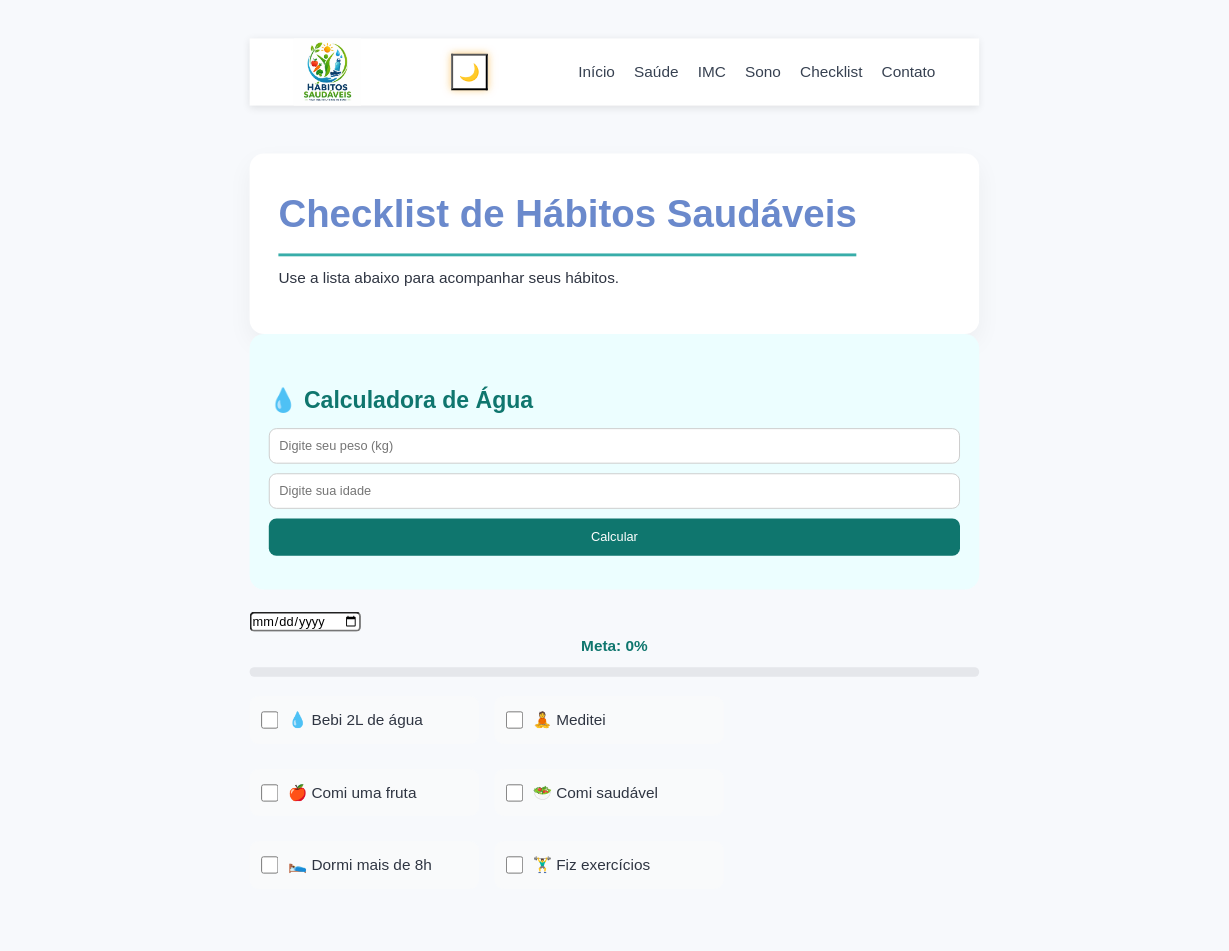
Repository: habitos2026/projetointegrador2026
Page: checklist.html
The author's editor kept a copy of each file at every save. The page is drawn from the files as they stood at one save, then again after the next save.
The browser window is 1280 px wide. The pictures show the whole page, at 96% of full size.

Above is the page before, as saved 2026-06-10 19:58:25.

### checklist.html
<!DOCTYPE html>
<html lang="pt-br">
<head>
<meta charset="UTF-8">
<meta name="viewport" content="width=device-width, initial-scale=1.0">
<title>Checklist</title>

<link rel="stylesheet" href="estilos.css">

<style>
/* SÓ O CHECKLIST (não mexe no resto do site) */

        :root {
            --cor-mente: #6a89cc;    /* Azul sereno */
            --cor-fisico: #38ada9;   /* Verde energia */
            --cor-agua: #4a69bd;     /* Azul hidratação */
            --cor-fundo: #f7f9fc;
        }

        /* Animação de Entrada */
        @keyframes fadeInUp {
            from {
                opacity: 0;
                transform: translateY(20px);
            }
            to {
                opacity: 1;
                transform: translateY(0);
            }
        }

        body {
            font-family: 'Segoe UI', Roboto, sans-serif;
            line-height: 1.6;
            background-color: var(--cor-fundo);
            color: #2f3542;
            max-width: 800px;
            margin: 0 auto;
            padding: 40px 20px;
        }

        header {
            text-align: center;
            margin-bottom: 50px;
            animation: fadeInUp 0.8s ease-out;
        }

        h1 {
            color: var(--cor-mente);
            font-size: 2.5rem;
            border-bottom: 3px solid var(--cor-fisico);
            display: inline-block;
            padding-bottom: 10px;
        }

        section {
            background: white;
            padding: 30px;
            border-radius: 15px;
            box-shadow: 0 10px 25px rgba(0,0,0,0.05);
            animation: fadeInUp 1s ease-out;
        }

        h2 {
            color: var(--cor-fisico);
            margin-top: 30px;
            display: flex;
            align-items: center;
            gap: 10px;
    }

.check-container {
    max-width: 500px;
    margin: 40px auto;
    background: white;
    padding: 25px;
    border-radius: 15px;
    box-shadow: 0 10px 25px rgba(0,0,0,0.1);
}

/* TÍTULO */
.check-container h1 {
    text-align: center;
    color: #0f766e;
}

/* DATA */
.check-container input[type="date"] {
    display: block;
    margin: 10px auto 20px;
    padding: 8px;
}

/* PROGRESSO */
.progresso {
    text-align: center;
    margin-bottom: 10px;
    font-weight: bold;
    color: #0f766e;
}

/* BARRA */
.barra {
    width: 100%;
    height: 10px;
    background: #e5e7eb;
    border-radius: 10px;
    overflow: hidden;
    margin-bottom: 20px;
}

.barra span {
    display: block;
    height: 100%;
    width: 0%;
    background: #0f766e;
    transition: 0.3s;
}

/* ITENS */
.habit-item {
    display: flex;
    align-items: center;
    gap: 10px;
    background: #f9fafb;
    padding: 12px;
    border-radius: 10px;
    margin-bottom: 10px;
}

.habit-item input {
    width: 18px;
    height: 18px;
}

/* TEXTO */
.habit-item span {
    font-weight: 500;
}

/* MARCADO */
.habit-item input:checked + span {
    text-decoration: line-through;
    color: #9ca3af;
}

/* MENSAGEM */
.msg {
    text-align: center;
    margin-top: 10px;
    color: green;
    font-weight: bold;
}

.data{
    border-radius: 5px;
}

.data::-webkit-calendar-picker-indicator{
    cursor: pointer;
}

.data:hover{
    cursor: pointer;
    background: #00b894;
    box-shadow: 0 10px 8px rgba(0, 0, 0, 0.2);
    transform: scale(104%);
    transition:
    background 0.5s,
    box-shadow 0.5s,
    transform 0.5s;
}

</style>

</head>

<body>

<div id="menu"></div>

<section class="intro">

    <h1>Checklist de Hábitos Saudáveis</h1>

    <p>
        Use a lista abaixo para acompanhar seus hábitos.
    </p>

</section>

<!-- CALCULADORA DE ÁGUA -->
<div class="agua-box">

    <h2>💧 Calculadora de Água</h2>

    <input type="number" id="peso" placeholder="Digite seu peso (kg)">
    <input type="number" id="idade" placeholder="Digite sua idade">

    <button onclick="calcularAgua()">Calcular</button>

    <p id="resultadoAgua"></p>

</div>

<!-- DATA -->
<input type="date" class="data" id="data">

<!-- PROGRESSO -->
<div class="progresso">
    Meta: <span id="pct">0%</span>
</div>

<div class="barra">
    <span id="bar"></span>
</div>

<!-- CHECKLIST -->

<div class="listas">
<label class="habit-item">
    <input type="checkbox" onchange="calc()">
    <span>💧 Bebi 2L de água</span>
</label>

<label class="habit-item">
    <input type="checkbox" onchange="calc()">
    <span>🧘 Meditei</span>
</label>

<label class="habit-item">
    <input type="checkbox" onchange="calc()">
    <span>🍎 Comi uma fruta</span>
</label>

<label class="habit-item">
    <input type="checkbox" onchange="calc()">
    <span>🥗 Comi saudável</span>
</label>

<label class="habit-item">
    <input type="checkbox" onchange="calc()">
    <span>🛌 Dormi mais de 8h</span>
</label>

<label class="habit-item">
    <input type="checkbox" onchange="calc()">
    <span>🏋️‍♂️ Fiz exercícios</span>
</label>
</div>

<p id="msg" class="msg"></p>
<div id="imgGif"></div>

<script src="trabalho.js"></script>

</body>
</html>

### estilos.css
:root{
    --cinza245: rgb(245,245,245);
    --cinza220: rgb(220,220,220);
    --cinza128: rgb(128,128,128);
    --azul: rgb(0,80,120);
    --amarelo: yellow;
}

/* RESET */
*{
    margin:0;
    padding:0;
    box-sizing:border-box;
    font-family:Arial, sans-serif;
}

body{
    background:#f5f7fb;
    color:#1f2937;
}

/* HEADER */
header{
    background:white;
    height:70px;

    display:flex;
    align-items:center;
    justify-content:space-between;

    padding:0 6%;

    box-shadow:0 2px 8px rgba(0,0,0,0.1);
}

/* LOGO */
.logo{
    height:100%;
    width:auto;
}

/* MENU */
.menu{
    display:flex;
    align-items:center;
    gap:20px;
}

.menu a{
    text-decoration:none;
    color:#374151;
    transition: 0.5s;

}

.menu a:hover{
    color:#0f766e;
    text-shadow: 0 0 6px #01b3a4;
}

/* TOPO MENU MOBILE */
.topoMenu{
    display:none;
}

/* BOTÃO MENU */
.botaoMenu{
    border:none;
    background:transparent;

    display:none;
    flex-direction:column;

    gap:6px;

    cursor:pointer;
    transition:0.5s;
}

.botaoMenu div{
    width:28px;
    height:3px;

    background:black;
    transition:0.5s;
}

/* MAIN */
main{
    max-width:800px;

    margin:40px auto;

    background:white;

    padding:30px;

    border-radius:10px;
}

/* TEXTOS */
h1{
    color:#0f766e;
    margin-bottom:10px;
}

p{
    margin-bottom:15px;
}

/* BANNER */
.bannerIndexInicio{
    width:100%;
    height:300px;
    overflow:hidden;
}

.bannerIndexInicio img{
    width:100%;
    height:100%;

    object-fit:cover;
    display:block;
}

.bannerIndex{
    height:100%;

    display:flex;
    justify-content:center;

    overflow:hidden;

    aspect-ratio:16/9;
}

.bannerIndex img{
    width:70%;
    height:80%;

    object-fit:cover;
}

/* BOX ÁGUA */
.agua-box{
    background:#ecfeff;

    padding:20px;

    border-radius:15px;

    margin-bottom:20px;
}

.agua-box h2{
    color:#0f766e;
    margin-bottom:10px;
}

.agua-box input{
    width:100%;

    padding:10px;

    margin-bottom:10px;

    border-radius:8px;

    border:1px solid #ccc;
}

.agua-box button{
    width:100%;

    padding:12px;

    background:#0f766e;

    color:white;

    border:none;

    border-radius:8px;

    cursor:pointer;

    transition:0.5s;
}

.agua-box button:hover{
    background:#115e59;

    transform:scale(1.01);

    box-shadow:
    0 0 10px rgb(1, 255, 234),
    0 0 15px rgb(0, 173, 253);
}

#resultadoAgua{
    margin-top:10px;
    font-weight:bold;
}

/* LISTAS */
.listas{
    width:65%;

    display:grid;

    grid-template-columns:repeat(2, 1fr);

    gap:1rem;
}

/* IMAGENS SAÚDE */
.Saude .Imagem img{

    width:35%;

    height:auto;

    object-fit:cover;

    border-radius:15px;

    transition:0.4s;
}

.Saude .Imagem img:hover{

    transform:scale(1.05);

    box-shadow:
    0 0 10px cyan,
    0 0 20px cyan,
    0 0 40px cyan;
}

.imc-box{
    background:#0f766e;

    padding:20px;

    border-radius:20px;

    margin-top:3rem;


}

.imc-box input{
    width:100%;

    padding:10px;

    margin-bottom:10px;

    border-radius:8px;

    border:1px solid #ccc;
}

.imc-box button{
    width:100%;

    padding:12px;

    background: white;

    border: none;

    border-radius:8px;

    cursor:pointer;

    transition:0.5s;
}

.imc-box button:hover{
    background:#f0f0f0;

    transform:scale(1.002);

    box-shadow:
    0 0 6px rgb(1, 255, 234),
    0 0 8px rgb(0, 173, 253),
    0 0 15px  rgba(18, 165, 153);
}

#resultado{
    margin-top:20px;

    font-weight:bold;

    display: flex;

    flex-direction: column;

    align-items: center;

    gap: 10px;

}

#botaoFecharMenu{
    border:none;

    background:transparent;

    box-shadow: none;

    font-size:20px;

    cursor:pointer;

    transition: 0.5s;

    border-radius: 100px;

}


#botaoFecharMenu:hover{
    color: red;
    text-shadow:  0 0 11px rgb(255, 0, 0);
}

#botaoFecharMenu:active{
  animation: clickEffect 0.2s ease;
}

/* ===== BOTÃO TEMA ===== */
#btnTema {
    background: transparent;
    width: 38px;
    height: 38px;
    font-size: 1.1rem;
    cursor: pointer;
    transition: all 0.3s;
    box-shadow: 0 0 8px #f59e0b88;
}

#btnTema:hover {
    transform: scale(1.15);
    box-shadow: 0 0 14px #f59e0b;
}

/* ===== DARK MODE ===== */
body.dark {
    background: #0a0f1e;
    color: #e2e8f0;
}

body.dark header {
    background: #0d1b2a;
    box-shadow: 0 2px 8px rgba(0,0,0,0.5);
}

body.dark .menu {
    background: #0d1b2a;
}

body.dark .menu a {
    color: #94a3b8;
    border-bottom-color: #1e3a5f;
}

body.dark .menu a:hover {
    color: #7dd3fc;
    text-shadow: 0 0 6px #7dd3fc88;
}

body.dark main,
body.dark section {
    background: #0d1b2a;
    box-shadow: 0 4px 20px rgba(0,0,0,0.3);
}

body.dark h1 {
    color: #38bdf8;
    text-shadow: 0 0 8px #38bdf855;
}

body.dark h2 {
    color: #7dd3fc;
    text-shadow: none;
}

body.dark .agua-box {
    background: #0d2137;
    border: 1px solid #1e3a5f;
}

body.dark .agua-box input,
body.dark .imc-box input,
body.dark .contato-form input,
body.dark .contato-form textarea {
    background: #0a0f1e;
    color: #e2e8f0;
    border-color: #1e3a5f;
}

body.dark .habit-item {
    background: #0d1b2a;
    color: #e2e8f0;
}

body.dark .barra {
    background: #1e293b;
}

body.dark .barra span {
    background: #38bdf8;
}

body.dark li {
    background: #0d1b2a;
    border-left-color: #38bdf8;
    color: #e2e8f0;
}

body.dark li:hover {
    background: #0d2137;
}

body.dark .contato-box {
    background: #0d1b2a;
}

body.dark .contato-form input,
body.dark .contato-form textarea {
    background: #0a0f1e;
    color: #e2e8f0;
    border-color: #1e3a5f;
}

body.dark footer {
    color: #475569;
}

/* Botão no dark — azul noite */
body.dark #btnTema {
    box-shadow: 0 0 8px #38bdf855;
    color: #38bdf8;
}

body.dark #btnTema:hover {
    box-shadow: 0 0 14px #38bdf8;
}

@keyframes clickEffect {
  0% {
    transform: scale(1);
    text-shadow: 0 0 10px red;
  }
  50% {
    transform: scale(0.95);
    text-shadow: 0 0 20px red;
  }
  100% {
    transform: scale(1);
    text-shadow: 0 0 10px red;
  }
}

/* ANIMAÇÃO */
@keyframes subir{

    from{
        opacity:0;
        transform:translateY(-20px);
    }

    to{
        opacity:1;
        transform:translateY(0);
    }

}

/* MOBILE */
@media screen and (max-width:950px){

    .botaoMenu{
        display:flex;

        animation:subir 0.5s ease;
    }

    .botaoMenu:hover{
        transform: scale(1.03);
    }
    .botaoMenu:hover div{
        box-shadow: 0 10px 15px rgba(0,0,0,0.4);

    }

    .menu{
        position:fixed;

        top:0;
        right:-100%;

        width:80%;
        height:100vh;

        background:white;

        flex-direction:column;

        align-items:flex-start;

        padding:30px;

        transition: right 0.5s;

        z-index:999;
    }

    .menu a{
        width:100%;

        padding:12px 0;


        border-bottom:1px solid var(--cinza220);

        text-decoration:none;

        color:#374151;

        transition: 0.10s;

}

    .menu a:hover{
    color:#0f766e;
    text-shadow: 0 0 6px #01b3a4;
    border: #01b3a4 1px solid;
    transition: 0.5s;
}

    .topoMenu{
        display:flex;

        width:100%;

        justify-content:space-between;

        align-items:center;

        margin-bottom:30px;
    }

    .topoMenu button{
        border:none;

        background:transparent;

        font-size:20px;

        cursor:pointer;
    }

    main{
        margin:20px;
    }

    .bannerIndex img{
        width:100%;
        height:220px;
    }

    .listas{
        width:100%;

        grid-template-columns:1fr;
    }

    .Saude .Imagem img{
        width:100%;
    }
}

### trabalho.js
// ===== DARK MODE — roda ANTES de tudo =====
if (localStorage.getItem("tema") === "dark") {
    document.body.classList.add("dark");
}

// ===== MENU =====
fetch("menu.html")
.then(res => res.text())
.then(data => {

    document.getElementById("menu").innerHTML = data;

    // Botão tema
    const btnTema = document.getElementById("btnTema");
    btnTema.textContent = document.body.classList.contains("dark") ? "☀️" : "🌙";

    btnTema.addEventListener("click", () => {
        document.body.classList.toggle("dark");
        const temaDark = document.body.classList.contains("dark");
        localStorage.setItem("tema", temaDark ? "dark" : "light");
        btnTema.textContent = temaDark ? "☀️" : "🌙";
    });

    // Botões do menu mobile
    const abrir = document.querySelector(".botaoMenu");
    const fechar = document.querySelector("#botaoFecharMenu");
    const menu = document.querySelector("#menuNav");

    abrir.addEventListener("click", () => {
        menu.style.right = "0";
    });

    fechar.addEventListener("click", () => {
        menu.style.right = "-100%";
    });

});

// ===== RESTO DAS FUNÇÕES =====

function calc() {
    const checks = document.querySelectorAll('.habit-item input');
    let marcados = 0;

    checks.forEach(check => {
        if(check.checked) marcados++;
    });

    let porcentagem = (marcados / checks.length) * 100;

    document.getElementById("pct").innerText = porcentagem + "%";
    document.getElementById("bar").style.width = porcentagem + "%";

    const msg = document.getElementById("msg");
    const imgGif = document.getElementById("imgGif");

    if (porcentagem === 100) {
        msg.innerText = "Parabéns! Você completou todos os hábitos 🎉";
        imgGif.innerHTML = `<img src="pasta-de-imagens/gifParabens.gif" alt="Parabéns">`;
    } else {
        msg.innerText = "";
        imgGif.innerHTML = "";
    }
}

const data = document.getElementById("data");
if (data) {
    data.addEventListener("click", () => {
        data.showPicker();
    });
}

function calcularAgua() {
    const peso = parseFloat(document.getElementById("peso").value);
    const idade = parseInt(document.getElementById("idade").value);

    if (isNaN(peso) || peso <= 0 || isNaN(idade) || idade <= 0) {
        document.getElementById("resultadoAgua").innerText = "Por favor, preencha peso e idade corretamente.";
        return;
    }

    let mlPorKg;

    if (idade <= 17) mlPorKg = 40;
    else if (idade <= 55) mlPorKg = 35;
    else if (idade <= 65) mlPorKg = 30;
    else mlPorKg = 25;

    const totalMl = peso * mlPorKg;
    const totalLitros = (totalMl / 1000).toFixed(1);

    document.getElementById("resultadoAgua").innerText =
        `Você deve beber aproximadamente ${totalLitros}L de água por dia.`;
}

### menu.html
<header>

    <img class="logo" src="pasta-de-imagens/images.webp" alt="Logo">

    <button id="btnTema" title="Alternar tema">🌙</button>

    <button class="botaoMenu">

        <div></div>
        <div></div>
        <div></div>

    </button>

    <nav id="menuNav" class="menu">

        <div class="topoMenu">

            <h3>Menu</h3>
            <button id="botaoFecharMenu">X</button>
            <button id="abrirMenu" class="botaoMenu"></button>

        </div>

        <a href="index.html">Início</a>
        <a href="saude.html">Saúde</a>
        <a href="imc.html">IMC</a>
        <a href="sono.html">Sono</a>
        <a href="checklist.html">Checklist</a>
        <a href="contato.html">Contato</a>

    </nav>

</header>

After the next save:
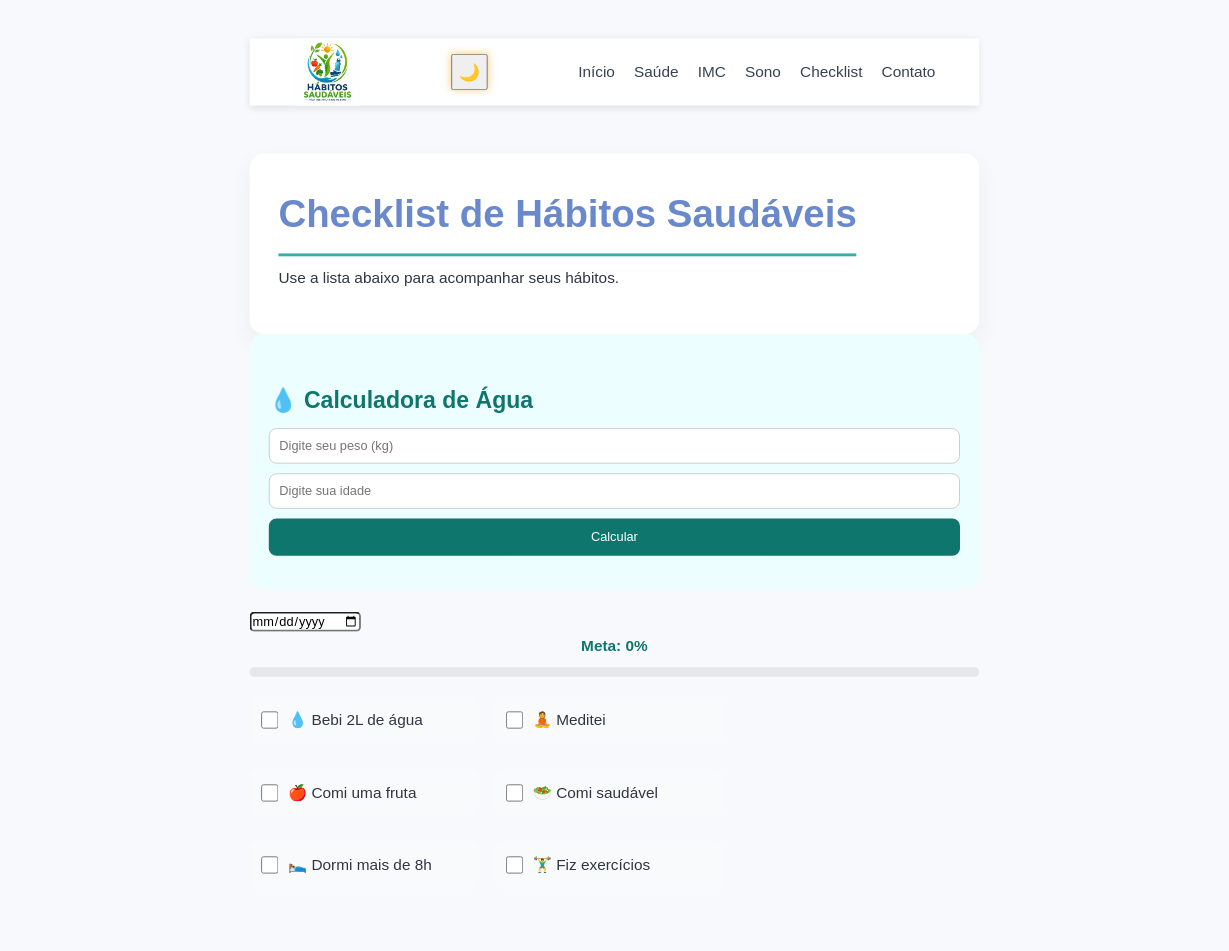
Saved 17 s later.
--- a/estilos.css
+++ b/estilos.css
@@ -332,7 +332,6 @@ p{
 
 /* ===== BOTÃO TEMA ===== */
 #btnTema {
-    background: transparent;
     width: 38px;
     height: 38px;
     font-size: 1.1rem;
